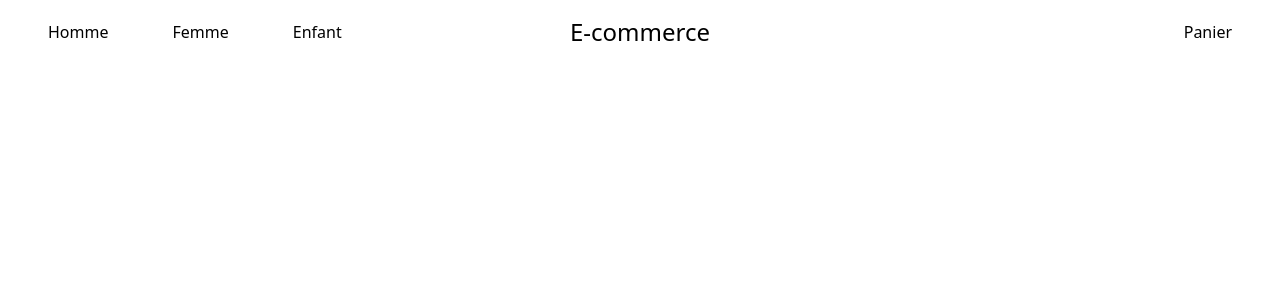
Repository: Adrien-legeleu/e-commerce
Page: / (app in frontend/)
The author's editor kept a copy of each file at every save. The page is drawn from the files as they stood at one save, then again after the next save.
The browser window is 1280 px wide. The pictures show the whole page.
The project was rebuilt for these pictures with package versions that can differ from the ones it lists, and the page was loaded fresh each time. Also part of the build but not shown: frontend/vite.config.ts.

Above is the page before, as saved 2024-05-17 17:44:34.

### frontend/index.html
<!doctype html>
<html lang="en">
  <head>
    <meta charset="UTF-8" />
    <link rel="icon" type="image/svg+xml" href="/vite.svg" />
    <meta name="viewport" content="width=device-width, initial-scale=1.0" />
    <title>E-commerce</title>
  </head>
  <body>
    <div id="root"></div>
    <script type="module" src="/src/main.tsx"></script>
  </body>
</html>

### frontend/src/App.tsx
import { Header } from "./components";

const App = () => {
  return (
    <div>
      <Header />
    </div>
  );
};

export default App;

### frontend/src/components/Header.tsx
export const Header = () => {
  return (
    <div className="px-12 py-4 w-full  flex  justify-between items-center">
      <ul className="flex items-center  gap-16 flex-1">
        <li>Homme</li>
        <li>Femme</li>
        <li>Enfant</li>
      </ul>
      <div className="flex-1 flex items-center justify-center">
        <h1 className="text-2xl">E-commerce</h1>
      </div>
      <div className="flex-1 flex items-center justify-end">
        <button>Panier</button>
      </div>
    </div>
  );
};

Loaded but not shown: frontend/src/main.tsx (common file); frontend/src/index.css (common file); frontend/src/components/index.ts (common file); frontend/tailwind.config.js (common file)

After the next save:
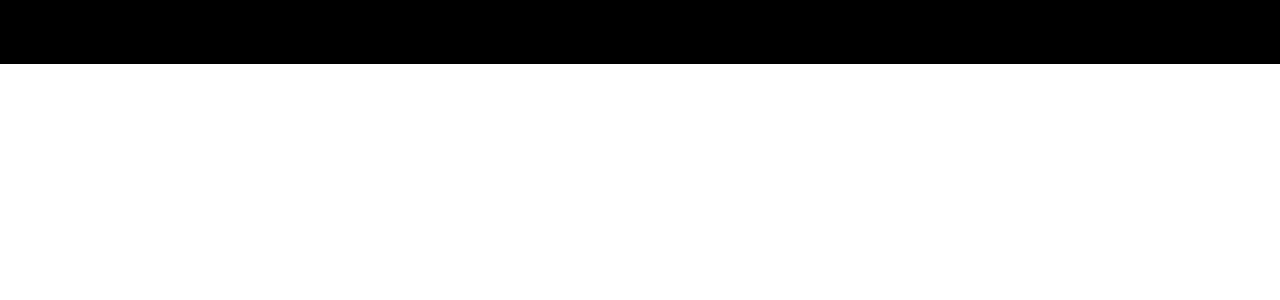
Saved 20 s later.
--- a/frontend/src/components/Header.tsx
+++ b/frontend/src/components/Header.tsx
@@ -1,6 +1,6 @@
 export const Header = () => {
   return (
-    <div className="px-12 py-4 w-full  flex  justify-between items-center">
+    <div className="px-12 py-4 w-full bg-black  flex  justify-between items-center">
       <ul className="flex items-center  gap-16 flex-1">
         <li>Homme</li>
         <li>Femme</li>
